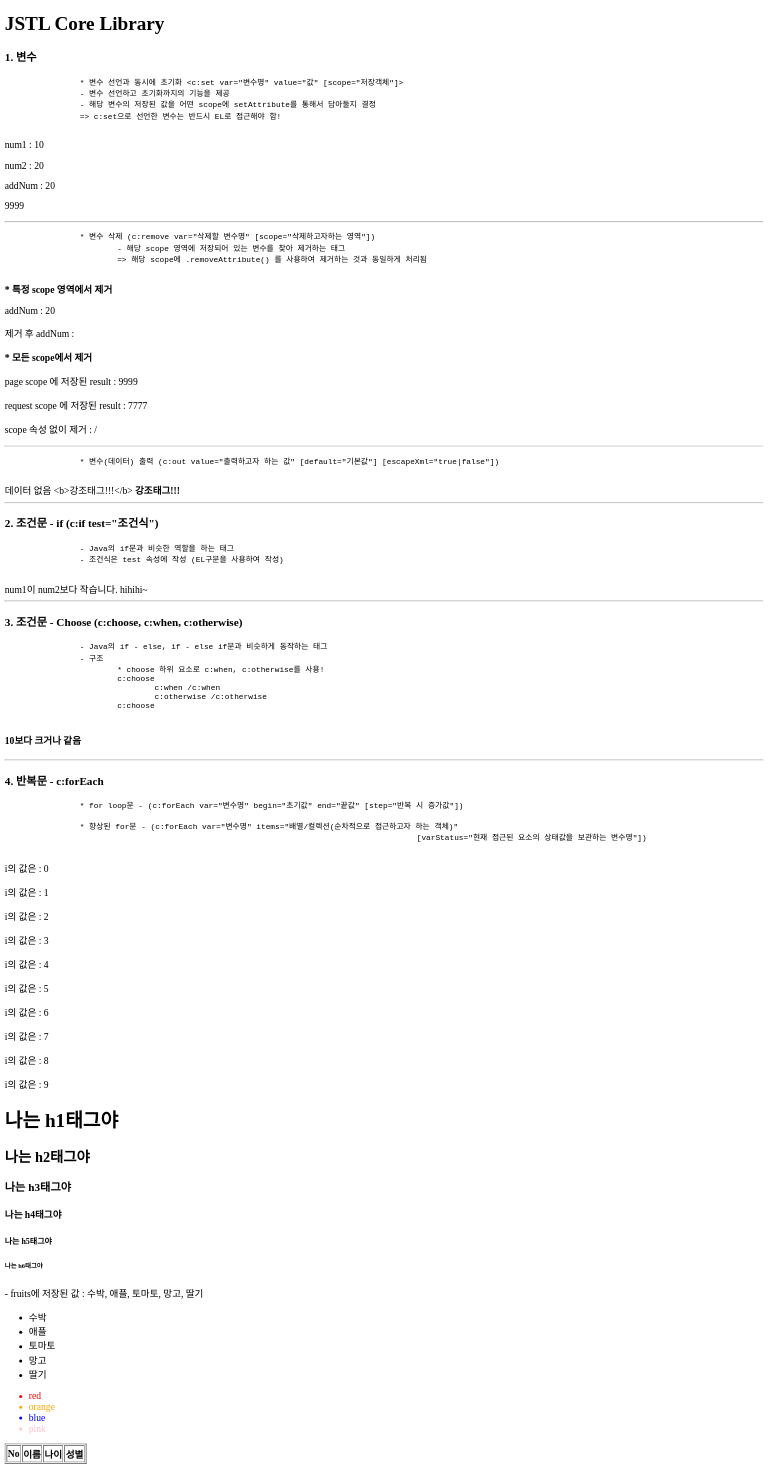
Repository: hailey-516/servlet
Page: http://localhost/3_elAction/views/3_Custom_Action/01_core.jsp
The author's editor kept a copy of each file at every save. The page is drawn from the files as they stood at one save, then again after the next save.
The browser window is 1280 px wide. The pictures show the whole page, at 60% of full size.
The page is served by Tomcat 9.

Above is the page before, as saved 2024-08-27 06:06:36.

After the next save:
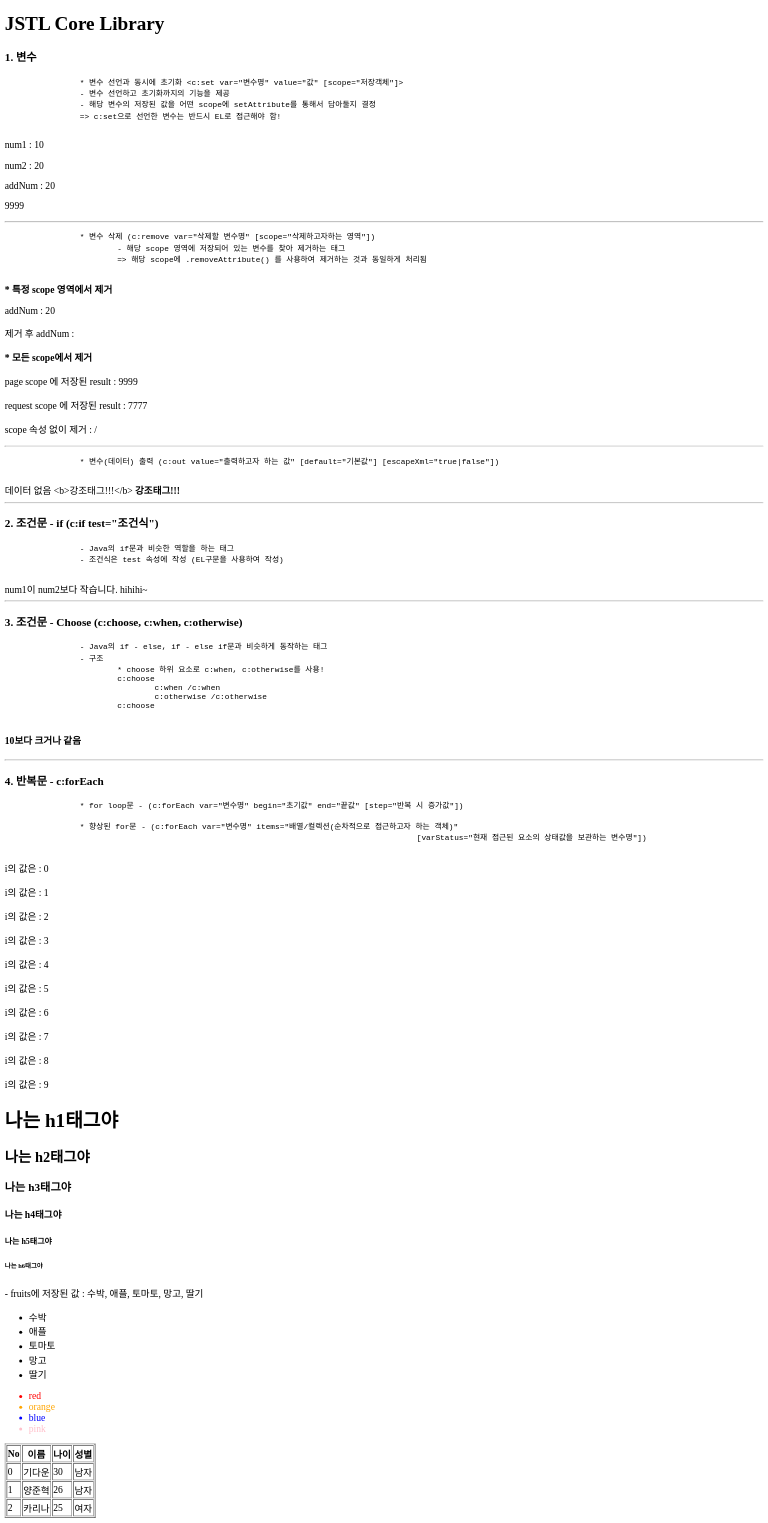
Saved 7 min 45 s later.
--- a/3_elAction/src/main/webapp/views/3_Custom_Action/01_core.jsp
+++ b/3_elAction/src/main/webapp/views/3_Custom_Action/01_core.jsp
@@ -217,6 +217,36 @@
 	 			<th>성별</th>
 	 		</tr>
 	 	</thead>
+	 	<tbody>
+	 	<%--
+	 		<% if(list.isEmpty()) { %>
+	 			<tr>
+	 				<td colspan="4">조회된 결과가 없습니다.</td>
+	 			</tr>
+	 		<% } else {%>
+	 			<% for(int i=0; i<list.size(); i++ {} %>
+	 		<% } %>
+	 	--%>
+
+	 	<%-- JSTL 문법 사용 --%>
+	 	<c:choose>
+	 		<c:when test="${ empty pList }">
+	 			<tr>
+	 				<td colspan="4">조회된 결과가 없습니다.</td>
+	 			</tr>
+	 		</c:when>
+	 		<c:otherwise>
+	 			<c:forEach var="p" items="${ pList }" varStatus="s">
+	 				<tr>
+	 					<td>${ s.index }</td>
+	 					<td>${ p.name }</td>
+	 					<td>${ p.age }</td>
+	 					<td>${ p.gender }</td>
+	 				</tr>
+	 			</c:forEach>
+	 		</c:otherwise>
+	 	</c:choose>
+	 	</tbody>
 	 </table>
 
 	</body>
